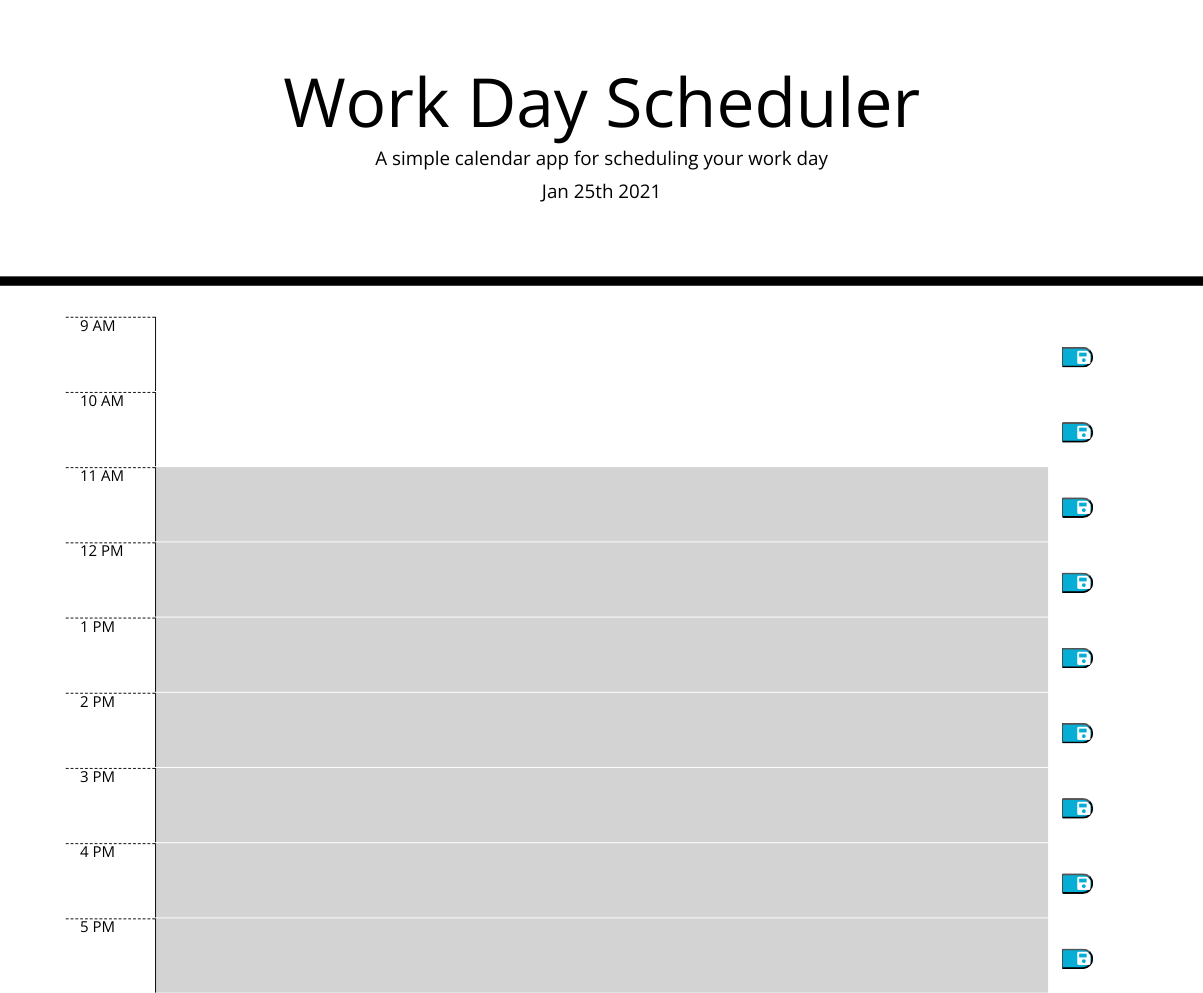
Repository: UPye/workDayScheduler
Page: index.html
An editor plug-in stored every save of this project. The page is shown before and after the next save, followed by the edit.
The browser window is 1280 px wide. The pictures show the whole page, at 94% of full size.
Some web libraries are served in a nearby version.

Above is the page before, as saved 2021-01-25 21:36:06.

### index.html
<!DOCTYPE html>
<html lang="en">
  <head>
    <meta charset="UTF-8" />
    <meta name="viewport" content="width=device-width, initial-scale=1.0" />
    <meta http-equiv="X-UA-Compatible" content="ie=edge" />
    <link
      rel="stylesheet"
      href="https://stackpath.bootstrapcdn.com/bootstrap/4.3.1/css/bootstrap.min.css"
    />
    <link
      rel="stylesheet"
      href="https://use.fontawesome.com/releases/v5.8.1/css/all.css"
      integrity="sha384-50oBUHEmvpQ+1lW4y57PTFmhCaXp0ML5d60M1M7uH2+nqUivzIebhndOJK28anvf"
      crossorigin="anonymous"
    />
    <link
      href="https://fonts.googleapis.com/css?family=Open+Sans&display=swap"
      rel="stylesheet"
    />
    <link rel="stylesheet" href="./assets/CSS/style.css" />
    <title>Work Day Scheduler</title>
  </head>

  <body>
    <header class="jumbotron">
      <h1 class="display-3">Work Day Scheduler</h1>
      <p class="lead">A simple calendar app for scheduling your work day</p>
      <p id="currentDay" class="lead"></p>
    </header>

      <!-- Timeblocks go here -->
    <main class="container">
      <section class="row timeblocks" id="ls">
        <div class="col-1 hour">9 AM</div>
        <textarea id="hour-9" class="task col-10" name="server" autocomplete="off"></textarea>
        <div class="col-1 save">
          <button type="button" id="save-9" data-id="9" class="saveBtn col-1"><i class="fas fa-save"></i></button>
        </div>
      </section>
      <section class="row timeblocks">
        <div class="col-1 hour">10 AM</div>
        <textarea id="hour-10" class="col-10 task" placeholder="" autocomplete="off"></textarea>
        <div class="col-1 save">
          <button type="button" id="save-10" data-id="10" class="saveBtn col-1"><i class="fas fa-save"></i></button>
        </div>
      </section>
      <section class="row timeblocks">
        <div class="col-1 hour">11 AM</div>
        <textarea id="11am hour-11" class="col-10 task" placeholder="" autocomplete="off"></textarea>
        <div class="col-1 save">
          <button type="button" id="save-11" data-id="11" class="saveBtn col-1"><i class="fas fa-save"></i></button>
        </div>
      </section>
      <section class="row timeblocks">
        <div class="col-1 hour">12 PM</div>
        <textarea id="12pm hour-12" class="col-10 task" placeholder="" autocomplete="off"></textarea>
        <div class="col-1 save">
          <button type="button" id="save-12" data-id="12" class="saveBtn col-1"><i class="fas fa-save"></i></button>
        </div>
      </section>
      <section class="row timeblocks">
        <div class="col-1 hour">1 PM</div>
        <textarea id="1pm hour-1" class="task col-10" placeholder="" autocomplete="off"></textarea>
        <div class="col-1 save">
          <button type="button" id="save-1" data-id="1" class="saveBtn col-1"><i class="fas fa-save"></i></button>
        </div>
      </section>
      <section class="row timeblocks">
        <div class="col-1 hour">2 PM</div>
        <textarea id="2pm hour-2" class="task col-10" placeholder="" autocomplete="off"></textarea>
        <div class="col-1 save">
          <button type="button" id="save-2" data-id="2" class="saveBtn col-1"><i class="fas fa-save"></i></button>
        </div>
      </section>
      <section class="row timeblocks">
        <div class="col-1 hour">3 PM</div>
        <textarea id="3pm hour-3" class="task col-10" placeholder="" autocomplete="off"></textarea>
        <div class="col-1 save">
          <button type="button" id="save-3" data-id="3" class="saveBtn col-1"><i class="fas fa-save"></i></button>
        </div>
      </section>
      <section class="row timeblocks">
        <div class="col-1 hour">4 PM</div>
        <textarea id="4pm hour-4" class="task col-10" placeholder="" autocomplete="off"></textarea>
        <div class="col-1 save">
          <button type="button" id="save-4" data-id="4" class="saveBtn col-1"><i class="fas fa-save"></i></button>
        </div>
      </section>
      <section class="row timeblocks">
        <div class="col-1 hour">5 PM</div>
        <textarea id="5pm hour-5" class="task col-10" placeholder="" autocomplete="off"></textarea>
        <div class="col-1 save">
          <button type="button" id="save-5" data-id="5" class="saveBtn col-1"><i class="fas fa-save"></i></button>
        </div>
      </section>
    </div>

    <script src="https://code.jquery.com/jquery-3.4.1.min.js"></script>
    <script src="https://cdnjs.cloudflare.com/ajax/libs/moment.js/2.24.0/moment.min.js"></script>
    <script src="./assets/JS/script.js"></script>
  </body>
</html>

### assets/CSS/style.css
body {
  font-family: 'Open Sans', sans-serif;
  font-size: 16px;
  line-height: 1;
}

textarea {
  background: transparent;
  border: none;
  resize: none;
  color: #000000;
  border-left: 1px solid black;
  padding: 10px;
}

.jumbotron {
  text-align: center;
  background-color: transparent;
  color: black;
  border-radius: 0;
  border-bottom: 10px solid black;
}

.description {
  white-space: pre-wrap;
}

.time-block {
  text-align: center;
  border-radius: 15px;
}

.row {
  white-space: pre-wrap;
  height: 80px;
  border-top: 1px solid white;;
}

.hour {
  background-color: #ffffff;
  color: #000000;
  border-top: 1px dashed #000000;
}

.past {
  background-color: #d3d3d3;
  color: black;
}

.present {
  background-color: #ff6961;
  color: black;
}

.future {
  background-color: #77dd77;
  color: black;
}

.saveBtn {
  border-left: 1px solid black;
  border-top-right-radius: 15px;
  border-bottom-right-radius: 15px;
  background-size: 1px 100px;
  background-color: #06AED5;
  color: white;
}

.saveBtn i:hover {
  font-size: 20px;
  transition: all .3s ease-in-out;
}

### assets/JS/script.js
// Displays the date at the top
var date = moment().format("MMM Do YYYY");
$("#currentDay").text(date);

// Continually check for the time, in case task due dates are approaching
var currentTime = parseInt(moment().format("H"));
var aryTasks = [];


// Listens for click events on clickable items
$("button").on("click", function(event) {

    var calendarEntryId = $(this).attr("data-id");
    var calendarTextElement = "#hour-" + calendarEntryId;
    var calendarText = $(calendarTextElement).val();

    console.log(calendarText);

    var createObject = {
        hour: parseInt(calendarEntryId),
        task: calendarText
    };

    aryTasks.push(createObject);

    // Upload input to localStorage
    localStorage.setItem("taskData", JSON.stringify(aryTasks));
});

var updateInfo = function () {
    date = moment();
    datetime.html(date.format("dddd, MMMM Do YYYY, h:mm:ss a"));
};


// Check if task is in the past, present, or future
$("textarea").each(function() {
    var calendarTime= parseInt(this.id);

        $(this).removeClass("past");
        $(this).removeClass("present");
        $(this).removeClass("future");

        // Get data from the localStorage
        if (localStorage.getItem(calendarTime) != null) {
            $(this).val(localStorage.getItem(calendarTime));
        }
        if (calendarTime < currentTime) {
            $(this).addClass("past");
        }
        else if (calendarTime === currentTime) {
            $(this).addClass("present");
        }
        else if (calendarTime > currentTime) {
            $(this).addClass("future");
        };
});

aryTasks = JSON.parse(localStorage.getItem("taskData")) || [];

var renderData = function() {
    for(i=0; i < aryTasks.length; i++) {
        let input = $("#hour-" + aryTasks[i].hour);
        input.val(aryTasks[i].task);
    }
};

renderData();

After the next save:
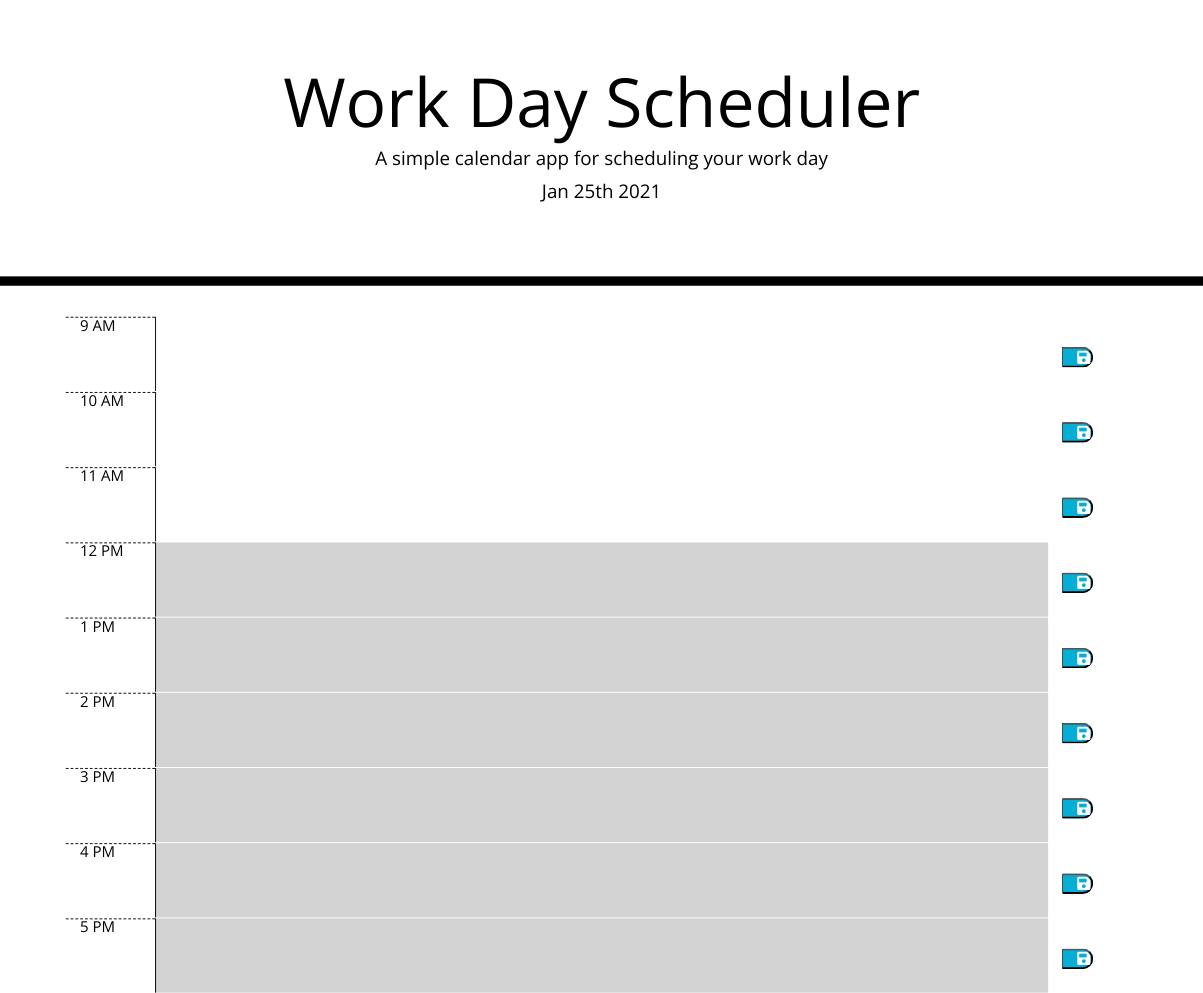
Saved 7 s later.
--- a/index.html
+++ b/index.html
@@ -47,7 +47,7 @@
       </section>
       <section class="row timeblocks">
         <div class="col-1 hour">11 AM</div>
-        <textarea id="11am hour-11" class="col-10 task" placeholder="" autocomplete="off"></textarea>
+        <textarea id="hour-11" class="col-10 task" placeholder="" autocomplete="off"></textarea>
         <div class="col-1 save">
           <button type="button" id="save-11" data-id="11" class="saveBtn col-1"><i class="fas fa-save"></i></button>
         </div>
